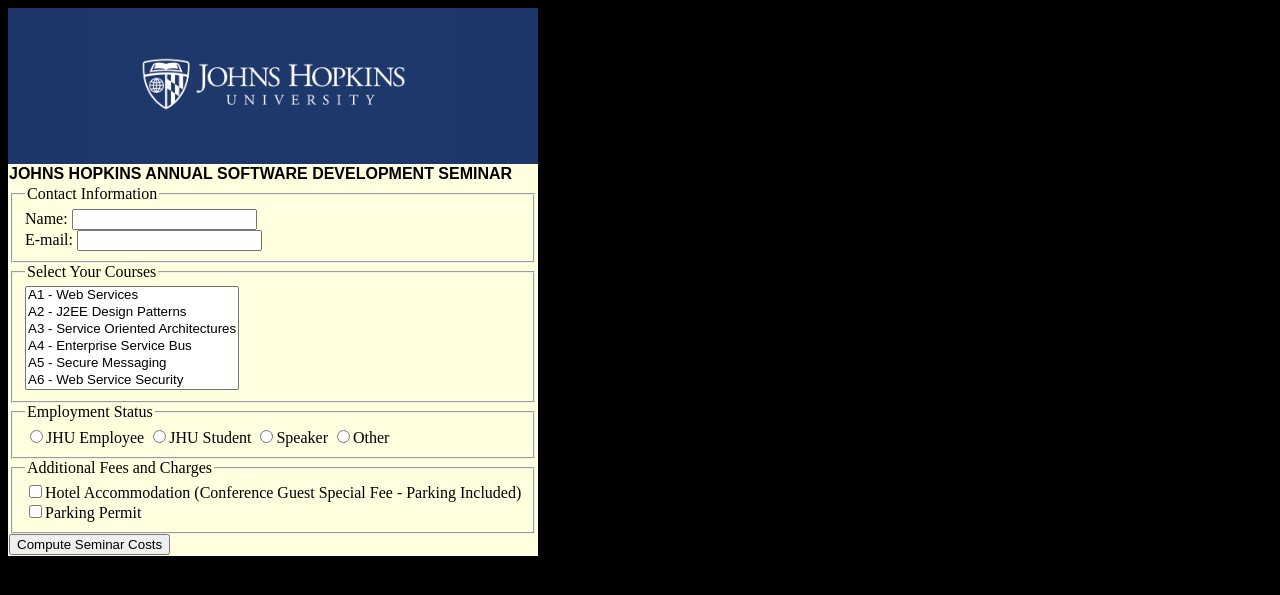
Repository: justinjwk/eclipse-workspace
Page: Homework2/WebContent/index.html
An editor plug-in stored every save of this project. The page is shown before and after the next save, followed by the edit.
The browser window is 1280 px wide. The pictures show the whole page.

Above is the page before, as saved 2019-06-12 03:15:23.

After the next save:
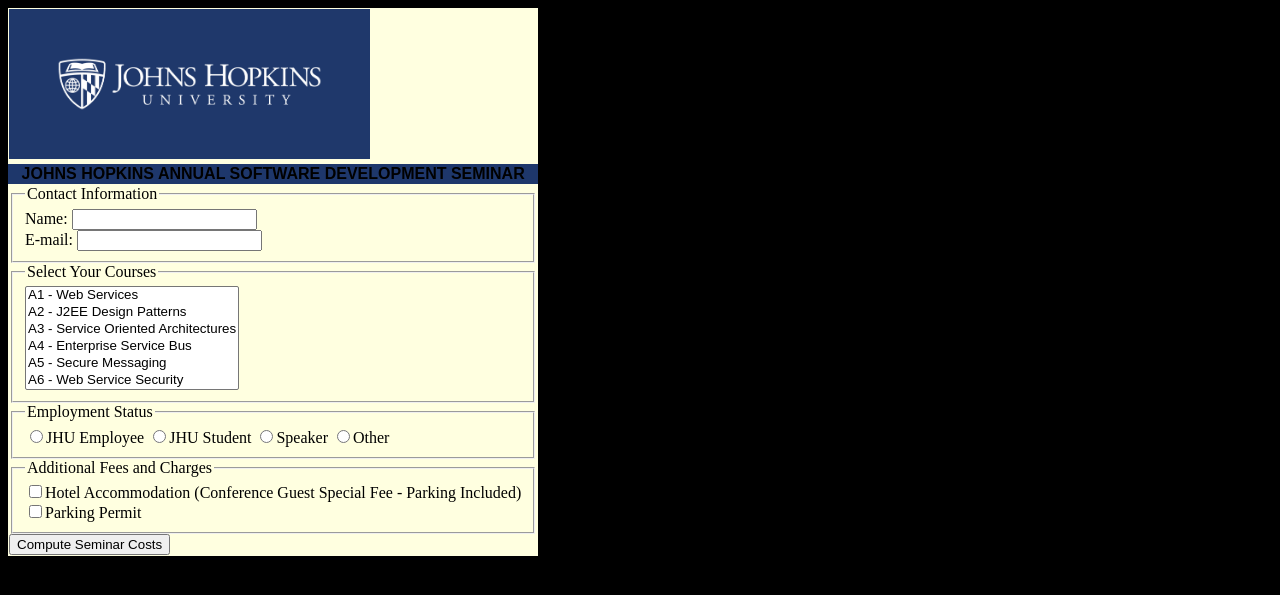
Saved 47 s later.
--- a/Homework2/WebContent/index.html
+++ b/Homework2/WebContent/index.html
@@ -8,10 +8,10 @@
 <body>
 	<table>
 		<tr>
-			<th><img src="jhu_logo.png" height=150></th>
+			<td class="tableHeader"><img src="jhu_logo.png" height=150></td>
 		</tr>
 		<tr>
-			<td class="tableHeader">JOHNS HOPKINS ANNUAL SOFTWARE DEVELOPMENT SEMINAR</td>
+			<th>JOHNS HOPKINS ANNUAL SOFTWARE DEVELOPMENT SEMINAR</th>
 		</tr>
 		<tr>
 			<td>
